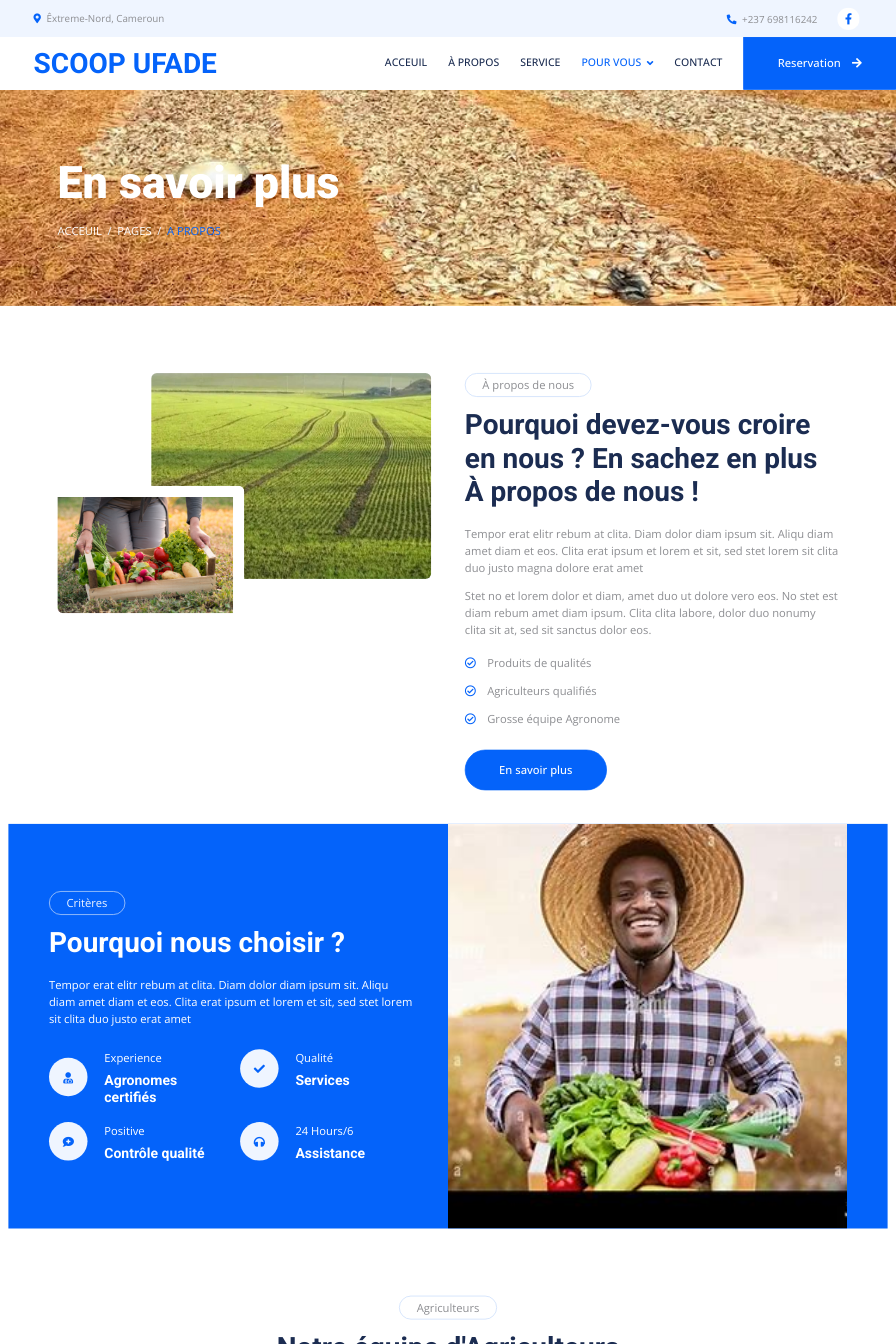
Repository: ryantido/scoop-ufade
Page: about.html
These files come from the project's save history. The page is drawn as it stood at one moment and after a run of saves; the edit follows.
The browser window is 1280 px wide. The pictures show the part of the page from y = 0 to 1920 px (the page is 2912 px tall), at 70% of full size.
Some web libraries are served in a nearby version.

Above is the page before, as saved 2025-04-20 11:24:42.

After the next 2 saves:
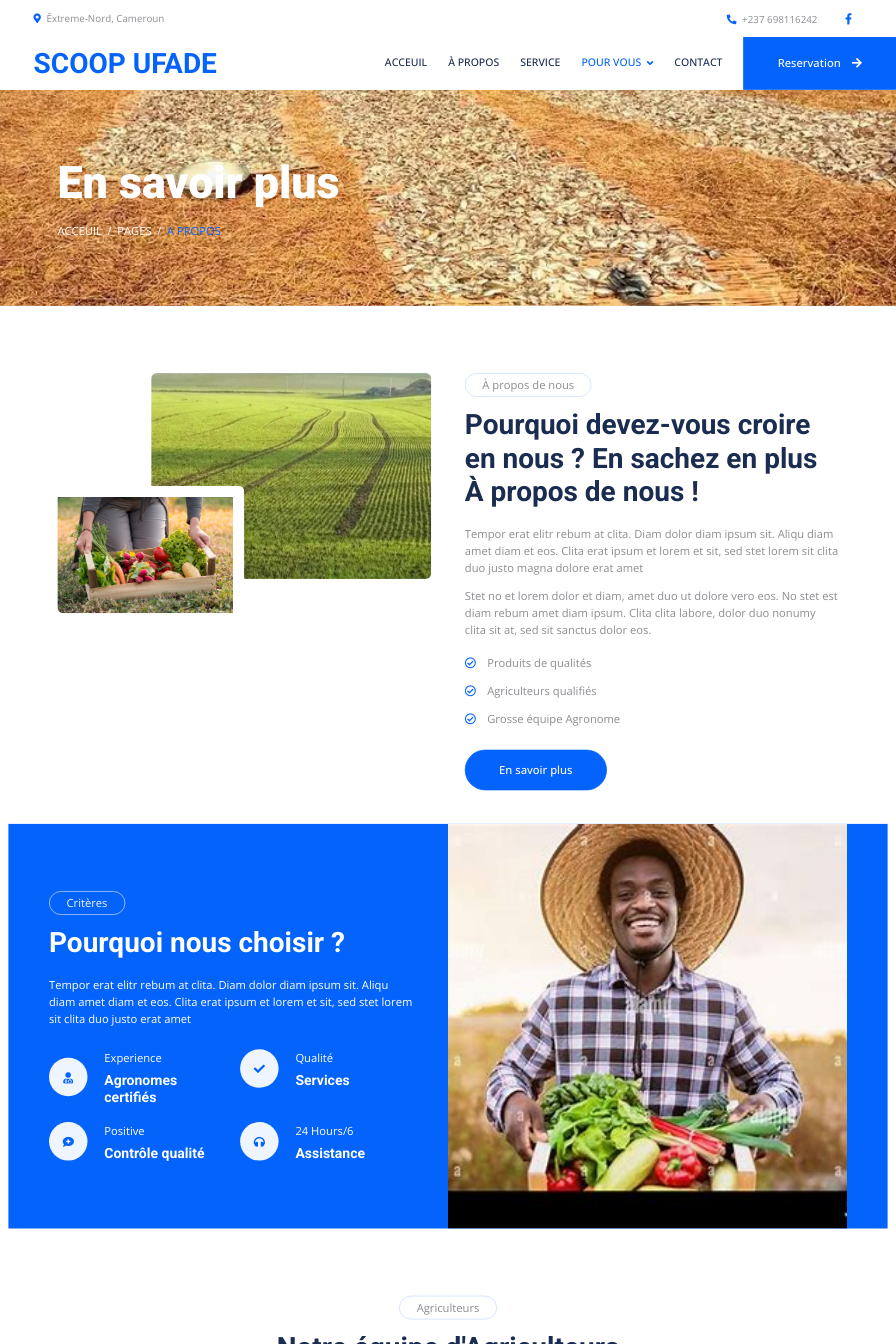
The 2 saves are shown as one change because they came seconds apart.
The last was saved 11 s later.
--- a/about.html
+++ b/about.html
@@ -27,11 +27,11 @@
 </head>
 
 <body>
-    <!--div id="spinner" class="show bg-white position-fixed translate-middle w-100 vh-100 top-50 start-50 d-flex align-items-center justify-content-center">
+    <div id="spinner" class="show bg-white position-fixed translate-middle w-100 vh-100 top-50 start-50 d-flex align-items-center justify-content-center">
         <div class="spinner-grow text-primary" style="width: 3rem; height: 3rem;" role="status">
             <span class="sr-only">Loading...</span>
         </div>
-    </div-->
+    </div
 
     <div class="container-fluid bg-light p-0 wow fadeIn" data-wow-delay="0.1s">
         <div class="row gx-0 d-none d-lg-flex">
